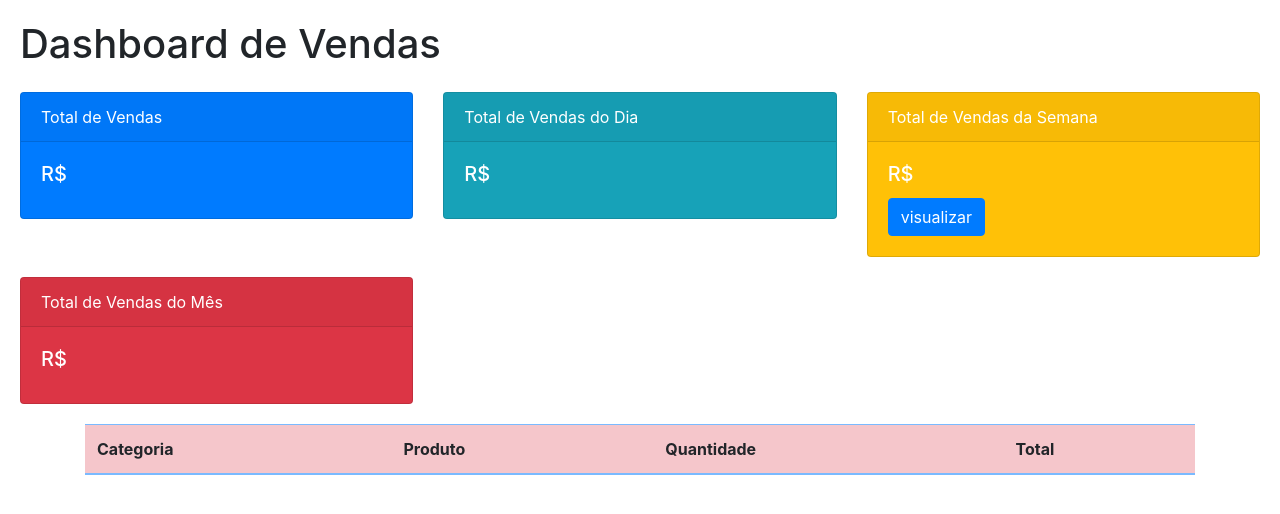
Repository: joaobatistafrontend/vendas_produto
Page: templates/detalhesMes.html
An editor plug-in stored every save of this project. The page is shown before and after a run of saves, followed by the edit.
The browser window is 1280 px wide. The pictures show the whole page.
The template is drawn by Django 5.2. The application's start-up code is not run. The template is opened directly, without the code that normally fills it, so the values that code supplies are empty.

Above is the page before, as saved 2024-08-05 00:36:47.

After the next 2 saves:
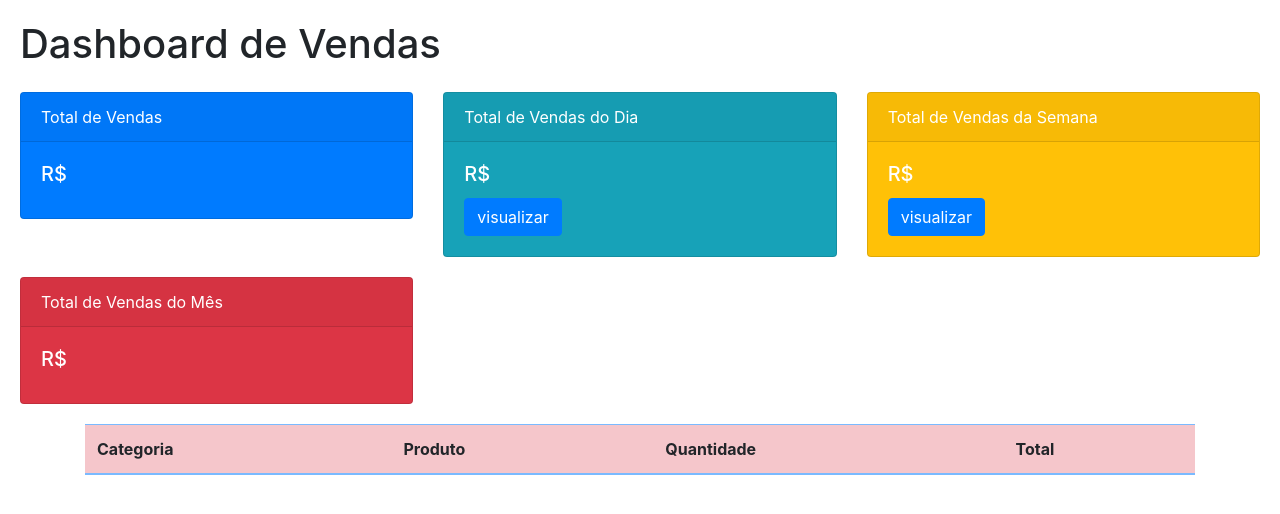
The 2 saves are shown as one change because they came seconds apart.
The last was saved 10 s later.
--- a/templates/detalhesMes.html
+++ b/templates/detalhesMes.html
@@ -38,6 +38,7 @@
                 <div class="card-header">Total de Vendas do Dia</div>
                 <div class="card-body">
                     <h5 class="card-title">R${{ total_dia }}</h5>
+                    <button class="btn btn-primary" onclick="window.location.href = '{% url 'detalhesDias' %}'">visualizar</button>
                 </div>
             </div>
         </div>
